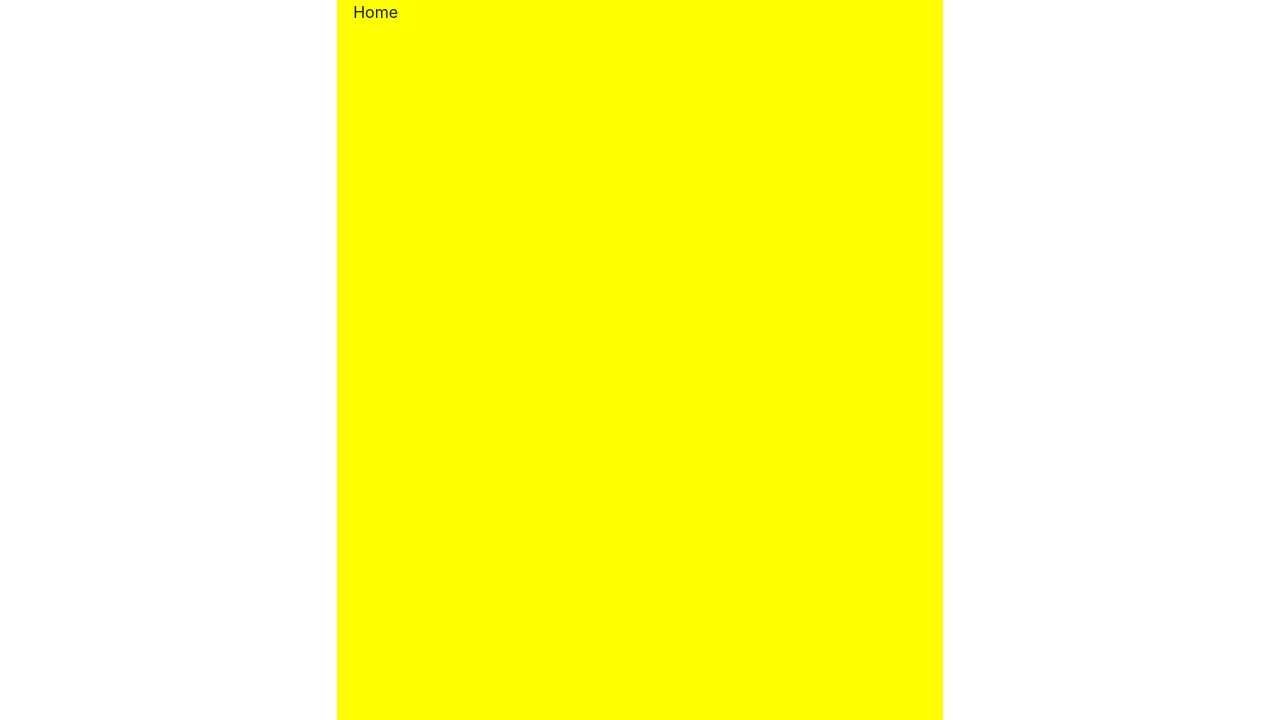
Repository: haileykwen/hanskering
Page: /
An editor plug-in stored every save of this project. The page is shown before and after the next save, followed by the edit.
The browser window is 1280 px wide. The pictures show the whole page.
The project was rebuilt for these pictures with package versions that can differ from the ones it lists, and the page was loaded fresh each time. Also part of the build but not shown: src/App.css, src/pages/Signup/index.js, src/pages/Signin/index.js.

Above is the page before, as saved 2021-12-10 11:25:26.

### src/App.js
import './App.css';
import { Home, Signin, Signup } from './pages';

function App() {
  return (
    // <Signup />
    // <Signin />
    <Home />
  );
}

export default App;

### src/pages/index.js
import Signup from "./Signup";
import Signin from "./Signin";
import Home from "./Home";

export {
    Signup,
    Signin,
    Home
}

### src/pages/Home/index.js
import { Container } from '@chakra-ui/react'
import React from 'react'

const Home = () => {
    return (
        <Container minH="100vh" backgroundColor="yellow">
            Home
        </Container>
    )
}

export default Home

Loaded but not shown: public/index.html (common file); src/index.js (common file); src/index.css (common file); src/reportWebVitals.js (common file)

After the next save:
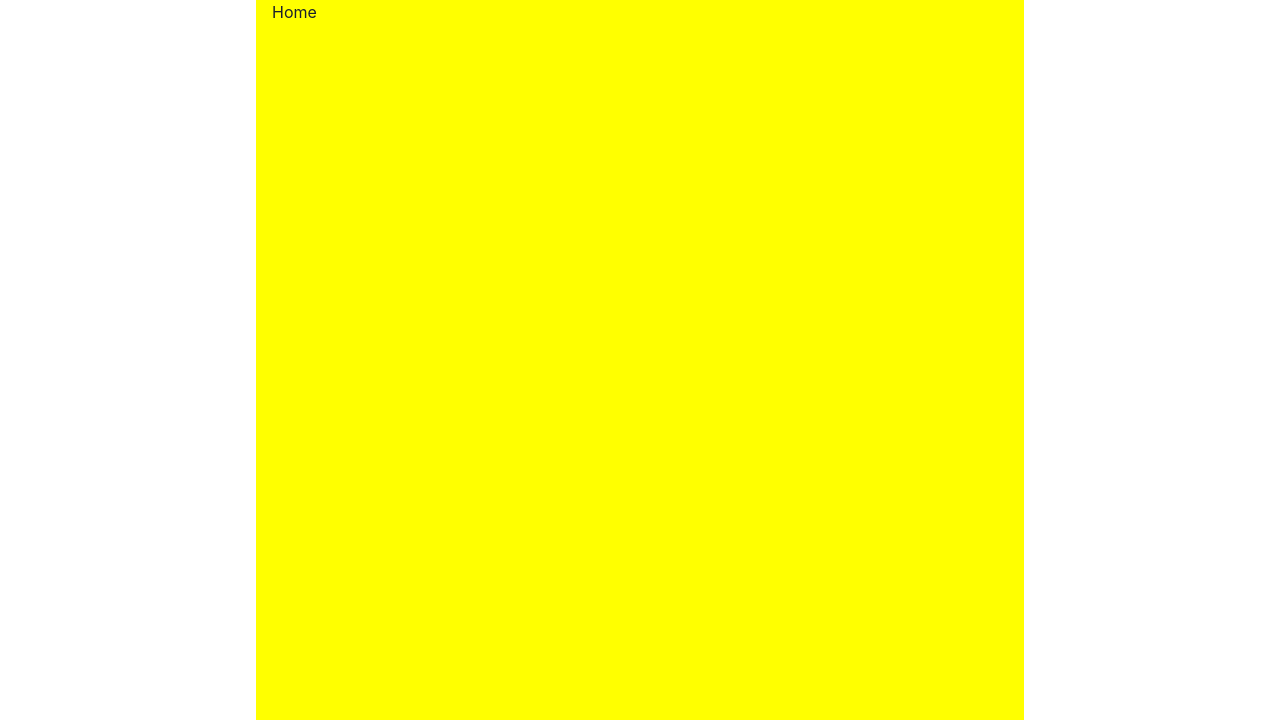
Saved 7 s later.
--- a/src/pages/Home/index.js
+++ b/src/pages/Home/index.js
@@ -3,7 +3,7 @@ import React from 'react'
 
 const Home = () => {
     return (
-        <Container minH="100vh" backgroundColor="yellow">
+        <Container minH="100vh" backgroundColor="yellow" maxW="3xl">
             Home
         </Container>
     )
